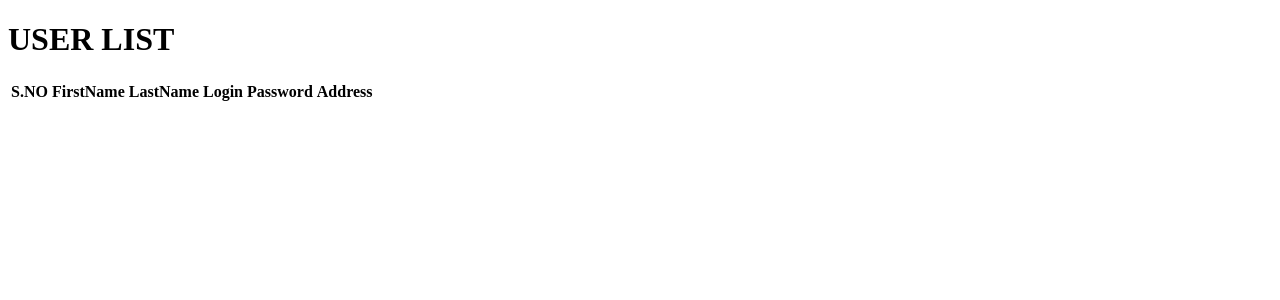
Repository: jatinragh42/Project_3_module
Page: http://localhost/p3/UserListView.jsp
An editor plug-in stored every save of this project. The page is shown before and after the next save, followed by the edit.
The browser window is 1280 px wide. The pictures show the whole page.
The page is served by Tomcat 9. Other server files are loaded and not shown.

Above is the page before, as saved 2023-11-29 09:35:14.

### Project_3_module_practice/p3/src/main/webapp/UserListView.jsp
<%@ page language="java" contentType="text/html; charset=ISO-8859-1"
	pageEncoding="ISO-8859-1"%>
<!DOCTYPE html>
<html>
<head>
<meta charset="ISO-8859-1">
<title>Insert title here</title>
</head>
<body>
	<form action="UserListCtl">
		<h1>USER LIST</h1>

		<div>
			<table>
				<thead>
					<tr>
						<th class="text">S.NO</th>
						<th class="text">FirstName</th>
						<th class="text">LastName</th>
						<th class="text">Login</th>
						<th class="text">Password</th>
						<th class="text">Address</th>
					</tr>
			</table>


		</div>

	</form>
</body>
</html>

After the next save:
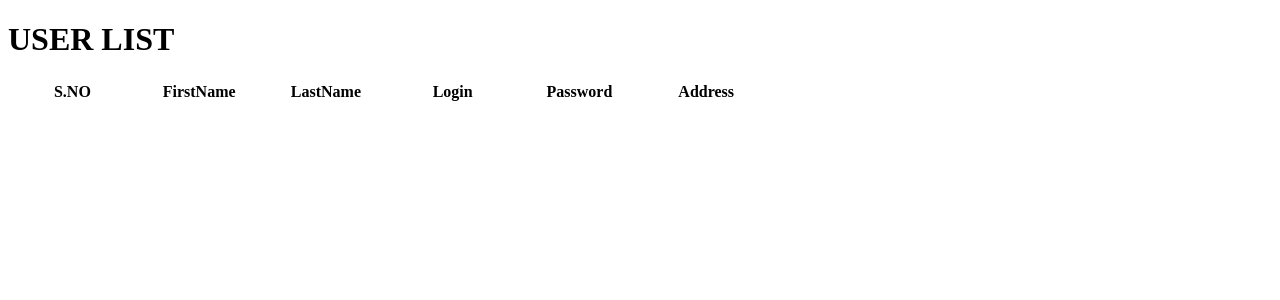
Saved 12 min 30 s later.
--- a/Project_3_module_practice/p3/src/main/webapp/UserListView.jsp
+++ b/Project_3_module_practice/p3/src/main/webapp/UserListView.jsp
@@ -10,16 +10,16 @@
 	<form action="UserListCtl">
 		<h1>USER LIST</h1>
 
-		<div>
+		<div >
 			<table>
 				<thead>
 					<tr>
-						<th class="text">S.NO</th>
-						<th class="text">FirstName</th>
-						<th class="text">LastName</th>
-						<th class="text">Login</th>
-						<th class="text">Password</th>
-						<th class="text">Address</th>
+						<th width="10%" class="text">S.NO</th>
+						<th width="10%" class="text">FirstName</th>
+						<th width="10%" class="text">LastName</th>
+						<th width="10%" class="text">Login</th>
+						<th width="10%" class="text">Password</th>
+						<th width="10%" class="text">Address</th>
 					</tr>
 			</table>
 
